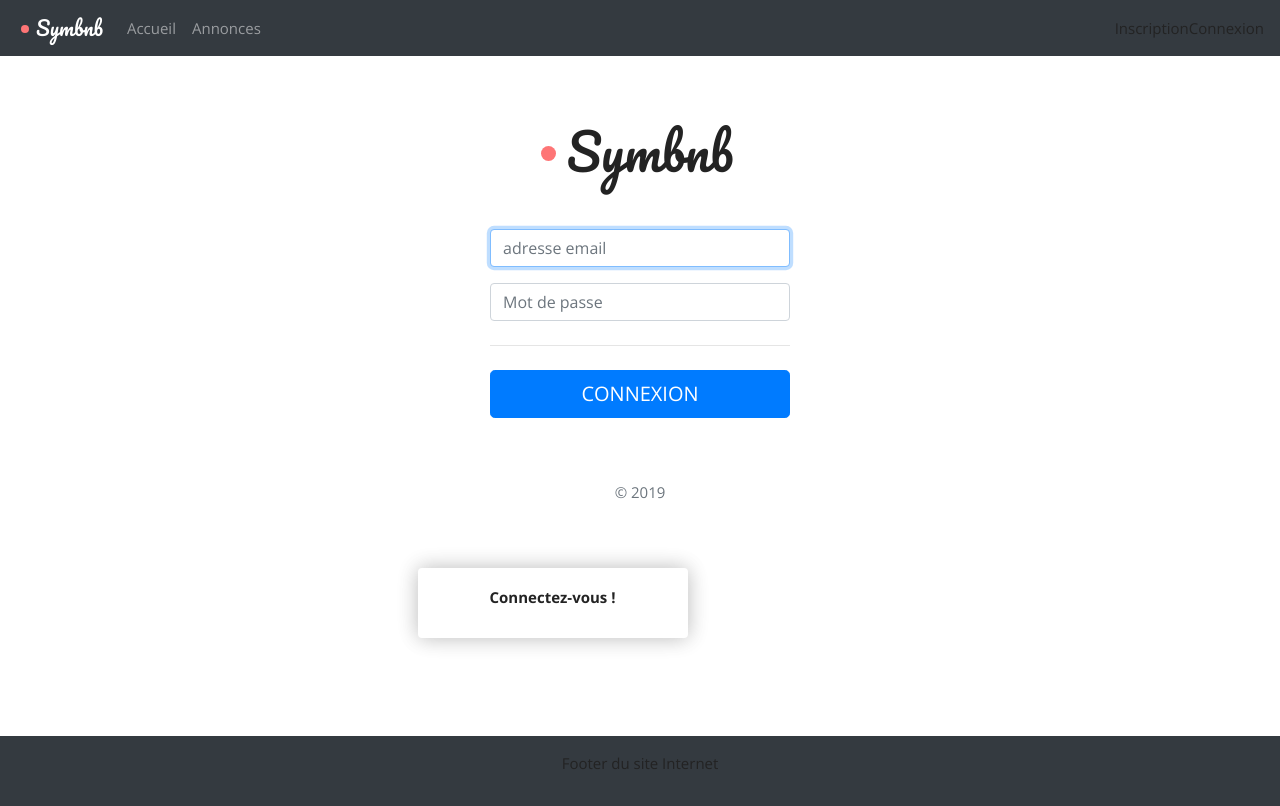
Repository: buzzEclair/symbnb
Page: templates/account/login.html.twig
The author's editor kept a copy of each file at every save. The page is drawn from the files as they stood at one save, then again after a run of saves.
The browser window is 1280 px wide. The pictures show the whole page.
The page is a Twig template of a Symfony application; nobody is signed in and links lead nowhere. The template is opened directly, without the code that normally fills it, so the values that code supplies are empty.

Above is the page before, as saved 2019-03-15 14:14:38.

### templates/account/login.html.twig
{% extends 'base.html.twig' %}

{% block title %}Connectez vous !{% endblock %}

{% block body %}
<div class="container text-center">
        <form class="form-signin">
                <h1 class="logo mb-5">Symbnb</h1>

                {% if hasError %}
                    <div class="alert alert-danger">Une erreur est survenue, le nom d'utilisateur est invalide</div>
                 {% endif %}
                 <form class="form-signin" action="{{ path('account_login') }}" method="POST">
                    <div class="form-label-group">

                        <input type="text" class="form-control mb-3" name="_username" id="email" placeholder="adresse email" required autofocus value={{username}}>
                    </div>

                    <div class="form-label-group">

                        <input type="password" name="_password" id="password" placeholder="Mot de passe" class="form-control mb-3" required >

                    </div>

                    <hr class="my-4">
                    <button class="btn btn-lg btn-primary btn-block text-uppercase" type="submit">Connexion</button>
                    </form>
                <p class="mt-5 mb-3 text-muted">© 2019</p>
              </form>
    <div class="row">
        <div class="col-sm-9 col-md-7 col-lg-5 mx-auto">
            <div class="card card-signin my-5">
            <div class="card-body">
                <h5 class="card-title text-center">Connectez-vous !</h5>




            </div>
            </div>
        </div>
    </div>
</div>
{% endblock %}

### templates/base.html.twig
<!DOCTYPE html>
<html>
    <head>
        <meta charset="UTF-8">
        <title>{% block title %}Welcome!{% endblock %}</title>
        <link rel="stylesheet" href="/css/bootstrap.min.css">
        <link rel="stylesheet" href="https://use.fontawesome.com/releases/v5.7.2/css/all.css" integrity="sha384-fnmOCqbTlWIlj8LyTjo7mOUStjsKC4pOpQbqyi7RrhN7udi9RwhKkMHpvLbHG9Sr" crossorigin="anonymous">
        <link href="https://fonts.googleapis.com/css?family=Open+Sans:400,600,700" rel="stylesheet">
        <link href="https://fonts.googleapis.com/css?family=Pacifico" rel="stylesheet">

        <link rel="stylesheet" href="/css/base.css">
        {% block stylesheets %}{% endblock %}
    </head>
    <body>

        {% include 'partials/header.html.twig' %}


        {% block body %}{% endblock %}
        {% include 'partials/footer.html.twig' %}
        <script src="/js/jquery.min.js"></script>
        <script src="/js/popper.min.js"></script>
        <script src="/js/bootstrap.min.js"></script>
        {% block javascripts %}{% endblock %}
    </body>
</html>

### templates/partials/header.html.twig
<nav class="navbar navbar-expand-md navbar-dark bg-dark">
    <a class="navbar-brand logo" href="{{path('homepage')}}"><span class="round-logo"></span>Symbnb</a>


    {% if is_granted('ROLE_ADMIN') %}
    <a href="{{path('admin_dashboard')}}">Dashboard</a>
    {% endif %}
    <button class="navbar-toggler" type="button" data-toggle="collapse" data-target="#navbarColor01" aria-controls="navbarColor01" aria-expanded="false" aria-label="Toggle navigation">
        <span class="navbar-toggler-icon"></span>
    </button>

    <div class="collapse navbar-collapse" id="navbarColor01">
        <ul class="navbar-nav mr-auto">
            <li class="">
                <a class="nav-link" href="{{path('homepage')}}">Accueil </a>
            </li>
            <li class="">
                <a class="nav-link" href="{{path('ads_index')}}">Annonces </a>
            </li>
        </ul>

        <ul class="navbar-nav ml-auto">
            {% if app.user %}
            <div class="dropdown">
                <button class="btn btn-dark dropdown-toggle btn-sm" type="button" id="dropdownMenuButton" data-toggle="dropdown" aria-haspopup="true" aria-expanded="false">
                    <img src="{{ app.user.picture }}" alt="{{ app.user.slug }}" class="rounded-circle user-avatar-nav" > {{app.user.firstName}}
                </button>
                <div class="dropdown-menu dropdown-menu-right dropdown-account" aria-labelledby="dropdownMenuButton ">
                    <a class="dropdown-item" href="{{ path('account_index') }}"><i class="fas fa-user-circle"></i> Mon compte</a>
                    <div class="dropdown-divider"></div>
                    <a class="dropdown-item" href="{{ path('ads_create') }}"><i class="fas fa-list-alt"></i> Créer une annonce</a>
                    <a class="dropdown-item" href="{{ path('account_bookings') }}"><i class="fas fa-book"></i> Mes réservations</a>
                    <a class="dropdown-item" href="{{ path('account_profile') }}"><i class="fas fa-info-circle"></i> Modifier mes informations</a>
                    <a class="dropdown-item" href="{{ path('account_update_password') }}"><i class="fas fa-key"></i> Changer de mot de passe</a>

                    <div class="dropdown-divider"></div>
                    <a class="dropdown-item" href="{{ path('account_logout') }}"><i class="fas fa-times-circle"></i> Logout</a>
                </div>
            </div>
            {% else %}
                <li class="nav-item">
                    <a href="{{ path('account_register') }}">Inscription</a>
                </li>
                <li class="nav-item">
                    <a href="{{ path('account_login') }}">Connexion</a>
                </li>
            {% endif %}

        </ul>

    </div>
</nav>

{% for label, messages in app.flashes %}
    <div class="container">
        <div class="alert alert-{{label}}">
            {% for message in messages %}
                <p>{{ message | raw }}</p>
            {% endfor %}
        </div>
    </div>
{% endfor %}

### templates/partials/footer.html.twig
<footer class="mt-5 bg-dark py-3 text-center mt-5">
    <p>Footer du site Internet</p>
</footer>

### public/css/base.css
body, a{
    color: #232323;
    font-family: 'Open Sans', sans-serif;
    font-size: 15px;
}

.logo{
    font-family: 'Pacifico', cursive;
    font-size: 20px;
    position: relative;
    margin-left: 20px;
}

.logo::before{
    content: '';
    position: absolute;
    width: 8px;
    height: 8px;
    border-radius: 100%;
    background: #fe7576;
    margin-top: 12px;
    margin-left: -15px;;
}

ul{
    padding: 0;
}

ul li{
    list-style: none;
}
.card-parameter-stars i{
    color: #008489;
    font-size: 12px;
    letter-spacing: -3px;
}

.datepicker table tr td.disabled{
    color: crimson !important;
    background: rgba(0, 0, 0, 0.815);
}

.container{
    margin-top: 50px;
}

.card{
    max-width: 270px;
    border: none;
    margin-bottom: 50px !important;
    box-shadow: 1px 1px 21px 0 rgba(0,0,0,0.14), -1px -1px 21px 0 rgba(0,0,0,0.14);
    transition-duration: 0.5s;
}

.card h6{
   font-size: 13px;
   font-weight: 600;
}

.card h5{
   font-size: 15px;
   font-weight: 900;
}

.card-ad img{
    min-height: 160px;
}

.card:hover{
    box-shadow: 1px 1px 21px rgba(254,117,118,0.4), -1px -1px 21px 0 rgba(254,117,118,0.4);
}

.card-info-1{
    font-size: 13px;
}

.card-info-2{
    font-size: 13px;
    font-weight: 600;
    margin-bottom: 0;
}

a:hover{
    text-decoration: none;
    color: #232323;
}

.title-page-header{
    margin-bottom: 40px;
}

.user-avatar-nav{
    width: 30px;
    margin-right: 5px;
}

.dropdown-account i {
    color: #008489;
}

.block-profile{
    box-shadow: 1px 1px 21px 0 rgba(0, 0, 0, 0.062), -1px -1px 21px 0 rgba(0, 0, 0, 0.062);
    border-radius: 4px;
    padding: 10px;
    margin-bottom: 30px;
}

.block-profile p{
    margin-bottom: 5px;
}

.block-profile .booking-profile .booking-profile-ligne{
    background: #f3f3f3;
    height: 80px;
    width: 100%;
    border-radius: 4px;
    display: flex;
    align-items: center;
    margin-bottom: 5px;
    margin-top: 5px;
}

.block-profile .booking-profile .booking-profile-ligne img{
    width: 60px;
    height: 60px;
    border-radius: 100%;
}

.block-profile .booking-profile .booking-profile-ligne .info-booking-profile{
    font-size: 11px;
    display: flex;
    flex-direction: column;
}

.block-profile .booking-profile .booking-profile-ligne .info-booking-profile span{
    margin-left: 10px;
}

.block-profile .booking-profile .booking-profile-ligne .info-booking-profile a{
    font-size: 10px;
    background: #fe7576;
    color: white;
}

.block-profile .ad-profile a img{
    width: 100px;
    height: 100px;
    border-radius: 100%;

}
.block-profile .ad-profile p{
    font-size: 13px;
    color: #008489;
}

.profile-option li{
    margin-top: 20px;
    font-size: 12px;
}

.ad-content{
    margin-top: 50px;
}

.ad-info h5{
    font-size: 15px;
    font-weight: 600;
}

.ad-info h4{
    font-size: 25px;
    font-weight: 900;
}

.ad-info h6{
    font-size: 15px;
}

.img-ad{
    padding:0;
}

.img-ad img{
   width: 100%;
}

.card-booking{
    max-width: 100%;
}

.card-booking .img-ad-user{
    height: 45px;
    border-radius: 100%;
}

span.price-booking{
    font-size: 21px;
    font-weight: 900;
}

.card-booking-stars{
    font-size: 13px;
}
.card-booking-stars .param-booking-stars i{
    color: #008489;
    font-size: 10px;
    letter-spacing: -3px;
}

.card-parameter-vote{
    margin-left: 5px;
}

.btn-booking{
    display: block;
    background: #fe7576;
    height: 42px;
    width: 80%;
    color: white;
    text-align: center;
    line-height: 40px;
}

.btn-booking:hover{
    color: white;
}
.media-comment{
    margin-bottom: 20px;
}
.media-comment img{
    width: 64px;
}

.media-comment h5{
    font-size: 15px;
}

.media-comment i{
    font-size: 11px;
    letter-spacing: -3px;
    color: #008489;
}

.media-body{
    background: #c4dedf;
    padding: 5px;
    border-radius: 4px;
}

.card-ad{
    margin: 0 auto;
}

.form-signin {
    width: 100%;
    max-width: 330px;
    padding: 15px;
    margin: 0 auto;
}

h1.logo{
    font-size: 50px;
}

h1.logo::before{
    width: 15px;
    height: 15px;
    margin-top: 25px;
    margin-left: -25px;
}

Loaded but not shown: public/css/bootstrap.min.css (library); public/js/jquery.min.js (library); public/js/popper.min.js (library); public/js/bootstrap.min.js (library)

After the next 2 saves:
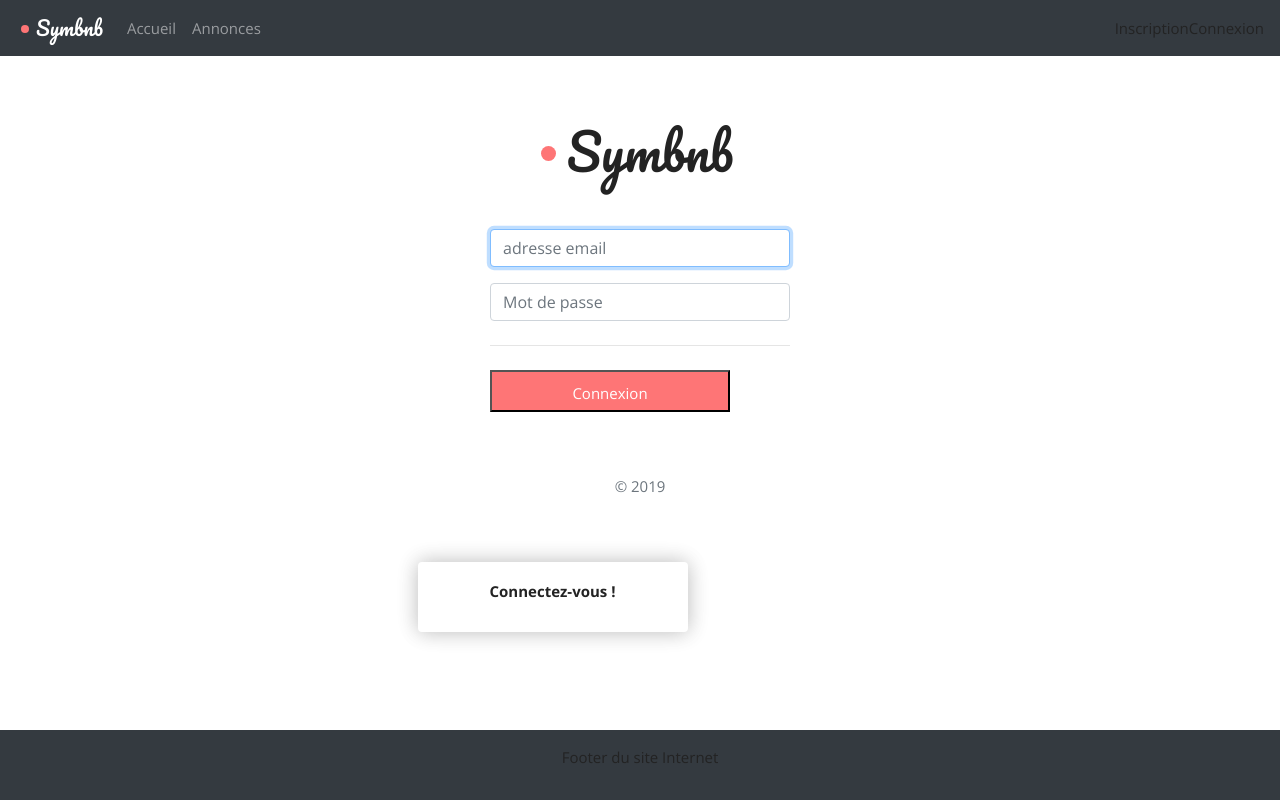
The 2 saves are shown as one change because they came seconds apart.
The last was saved 16 s later.
--- a/templates/account/login.html.twig
+++ b/templates/account/login.html.twig
@@ -23,7 +23,7 @@
                     </div>
 
                     <hr class="my-4">
-                    <button class="btn btn-lg btn-primary btn-block text-uppercase" type="submit">Connexion</button>
+                    <button class="btn-booking" type="submit">Connexion</button>
                     </form>
                 <p class="mt-5 mb-3 text-muted">© 2019</p>
               </form>
